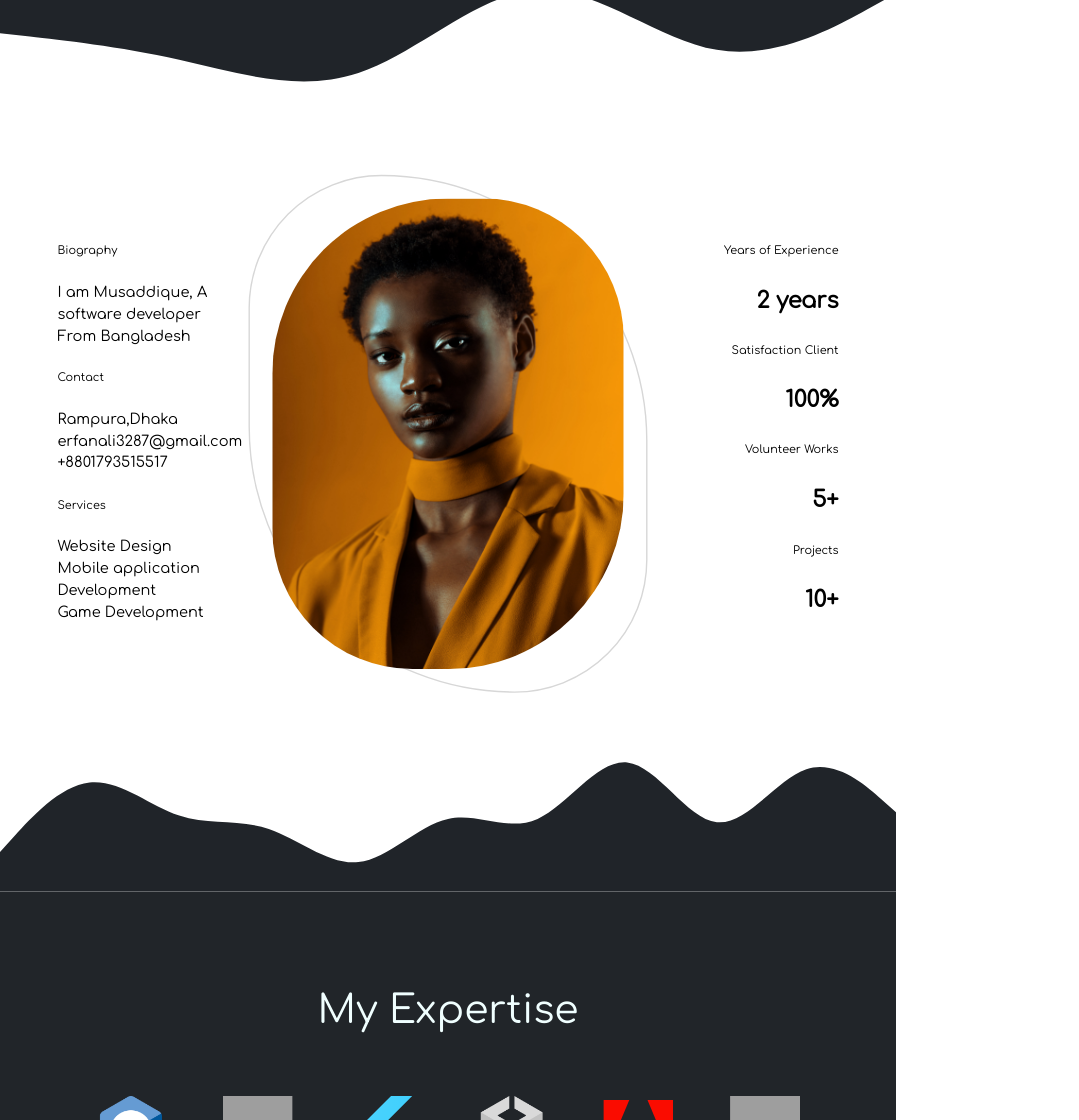
Repository: MMALI3287/Resume
Page: index.html
An editor plug-in stored every save of this project. The page is shown before and after the next save, followed by the edit.
The browser window is 1280 px wide. The page is 1542 px wide, so the pictures cover 1542 px, including what lies to the right of the window. The pictures show the part of the page from y = 754 to 2354 px (the page is 6615 px tall before and 7207 px after), at 70% of full size.
Pictures or frames that could not be fetched are drawn as grey boxes. Some web libraries are served in a nearby version.

Above is the page before, as saved 2023-07-16 00:34:36.

After the next save:
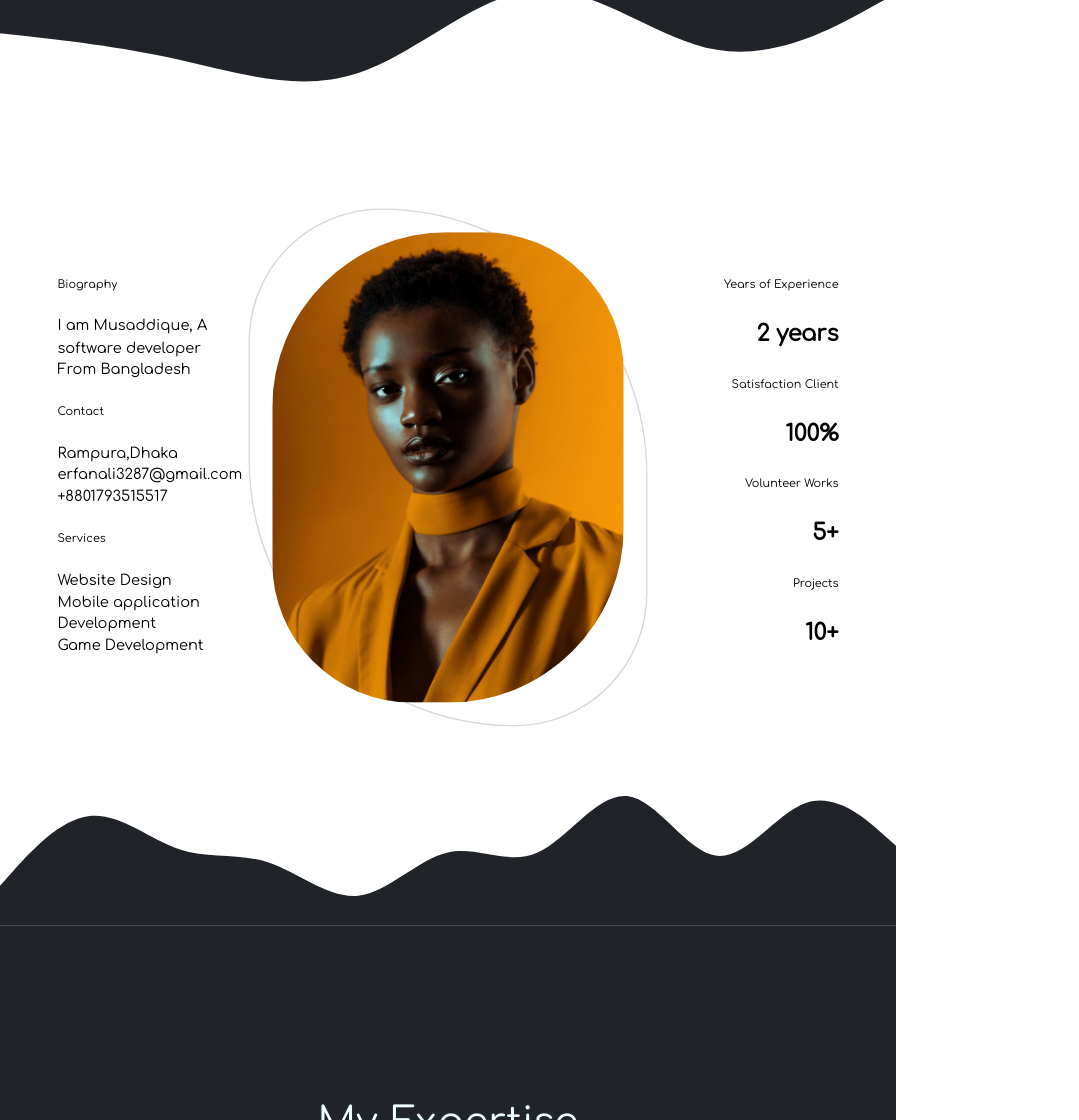
Saved 57 min 56 s later.
--- a/css/style.css
+++ b/css/style.css
@@ -57,6 +57,7 @@
 
 .container {
   color: black;
+  padding-top: 3rem;
 }
 
 nav ul li {
@@ -129,6 +130,7 @@
 
 .advantage {
   padding: 6rem;
+  padding-top: 10rem;
   color: azure;
 }
 
@@ -149,6 +151,7 @@
 }
 
 .rowc {
+  margin-top: 8rem;
   display: flex;
   justify-content: space-between;
   align-items: center;
@@ -281,6 +284,7 @@
 /* * portfolio */
 #portfolio {
   padding: 50px 0;
+  margin-top: 7rem;
 }
 
 .work-list {
